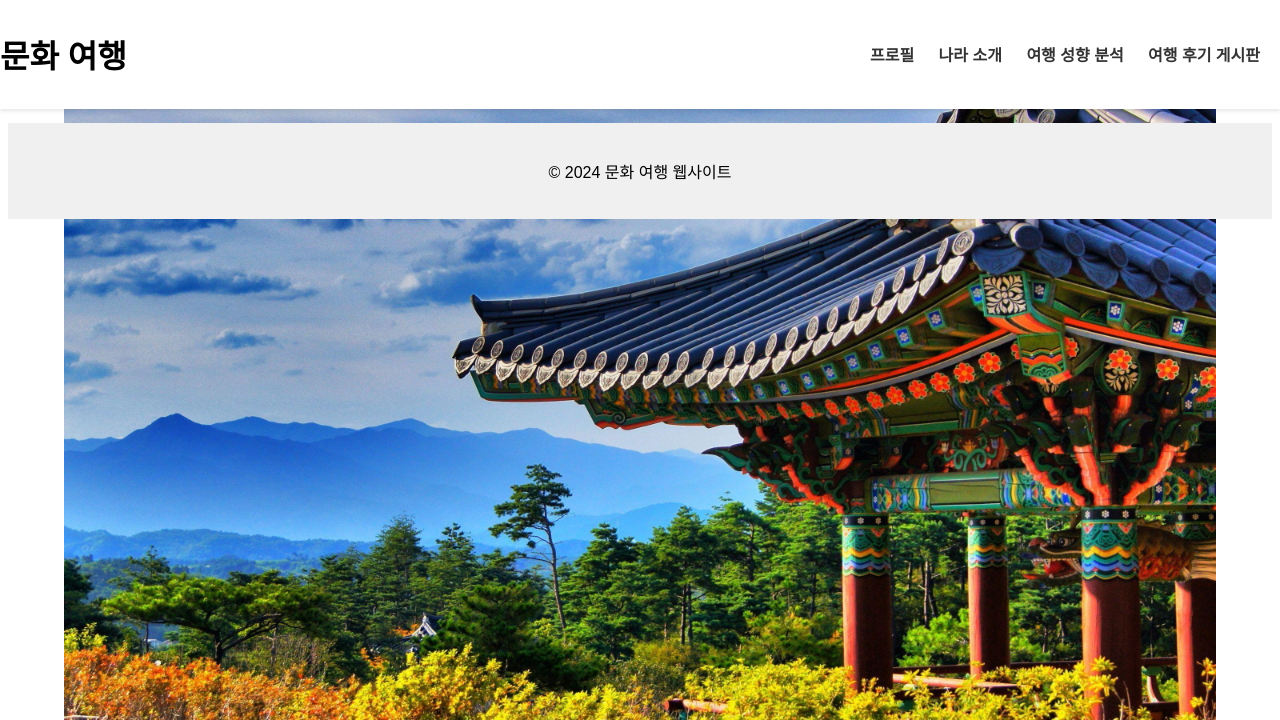
Repository: LifeIsRightward/WebServer
Page: http://localhost/JSPBook/Project/index.jsp?id=null
An editor plug-in stored every save of this project. The page is shown before and after the next save, followed by the edit.
The browser window is 1280 px wide. The pictures show the whole page.
The page is served by Tomcat 9.

Above is the page before, as saved 2024-06-04 15:38:46.

After the next save:
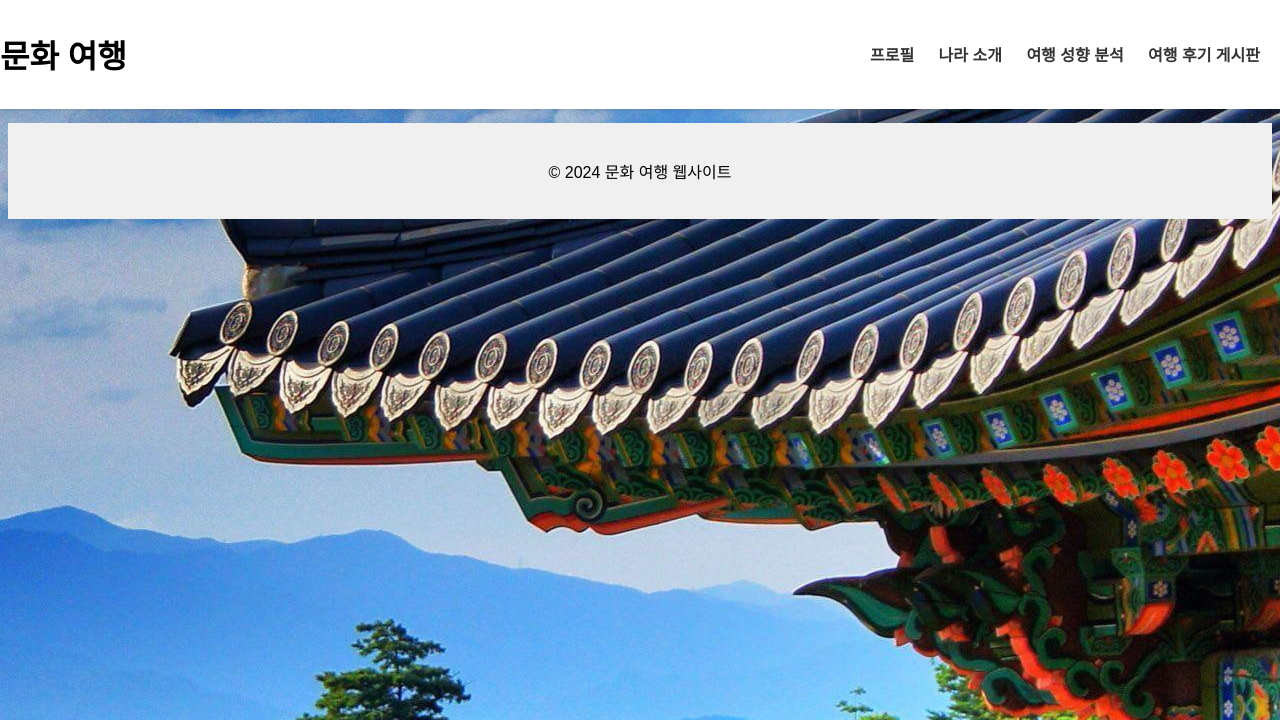
Saved 29 s later.
--- a/JSPBook/src/main/webapp/Project/index.jsp
+++ b/JSPBook/src/main/webapp/Project/index.jsp
@@ -11,7 +11,7 @@
 
 body {
     background-image: url("./assets/background.jpg"); /* 전체 배경 이미지 설정 */
-    background-size: contain; /* 배경 이미지 크기 조절 */
+    background-size: auto; /* 배경 이미지 크기 조절 */
     background-position: center; /* 배경 이미지 위치 조절 */
     background-attachment: fixed; /* 스크롤해도 배경 이미지 고정 */
     background-repeat: no-repeat; /* 이미지 반복 방지 */
